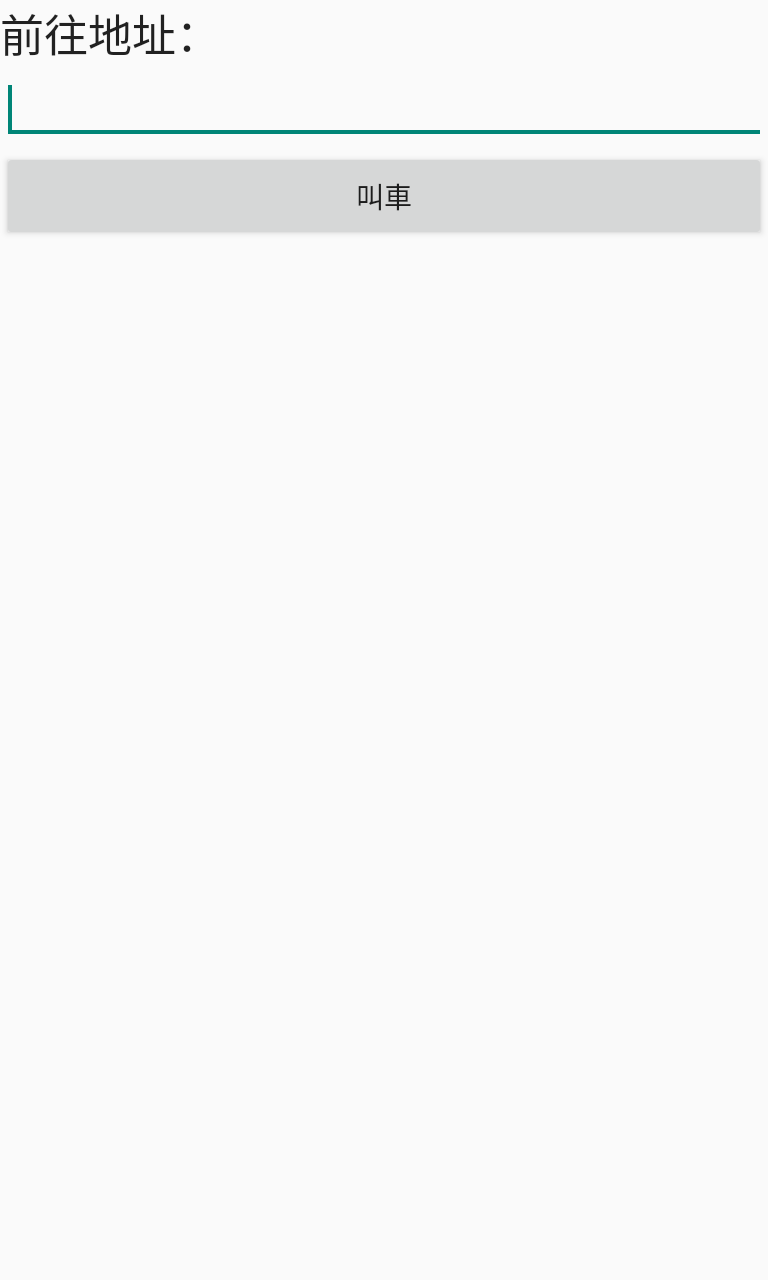
Repository: bclin087/SimpleTaxi
Layout: app/TaxiDemo/res/layout/activity_user.xml
An editor plug-in stored every save of this project. The layout is shown before and after the next save, followed by the edit.
It is drawn on a 768 x 1280 px phone screen (xhdpi) without system bars, with theme AppTheme; the app's code is not run.

Above is the layout before, as saved 2015-05-16 19:02:09.

After the next save:
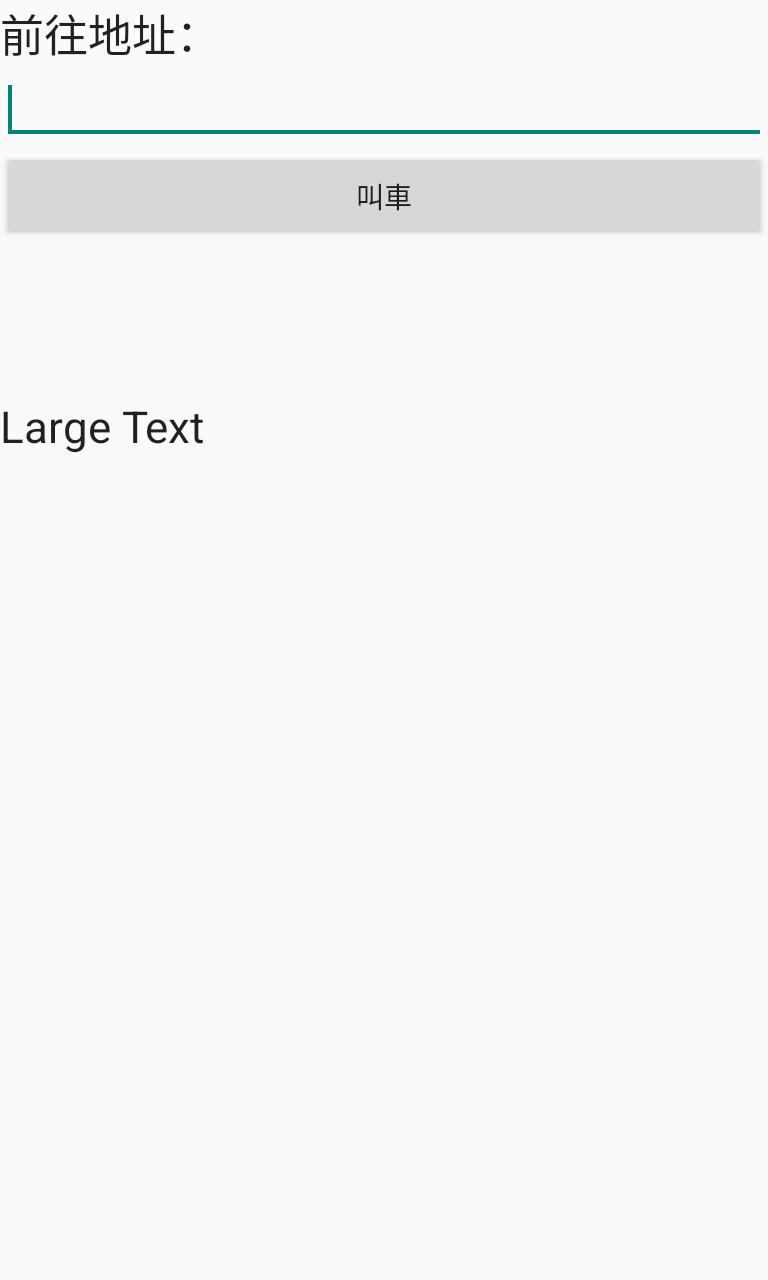
Saved 107 s later.
--- a/app/TaxiDemo/res/layout/activity_user.xml
+++ b/app/TaxiDemo/res/layout/activity_user.xml
@@ -27,4 +27,18 @@
         android:layout_height="wrap_content"
         android:text="@string/callcab" />
 
+    <ProgressBar
+        android:id="@+id/progressBar1"
+        style="?android:attr/progressBarStyleLarge"
+        android:layout_width="wrap_content"
+        android:layout_height="wrap_content"
+        android:layout_gravity="center"/>
+
+    <TextView
+        android:id="@+id/textView2"
+        android:layout_width="wrap_content"
+        android:layout_height="wrap_content"
+        android:text="Large Text"
+        android:textAppearance="?android:attr/textAppearanceLarge" />
+
 </LinearLayout>
